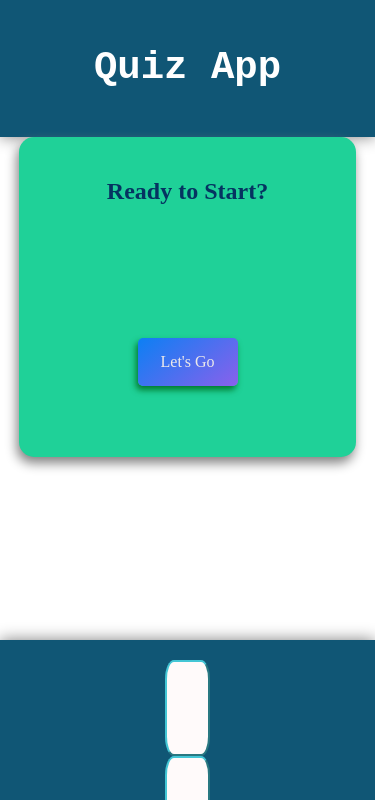
Repository: tpic12/quiz_app
Page: index.html
These files come from the project's save history. The page is drawn as it stood at one moment and after the next save; the edit follows.
The browser window is 375 px wide. The pictures show the whole page.

Above is the page before, as saved 2019-12-28 15:12:27.

After the next save:
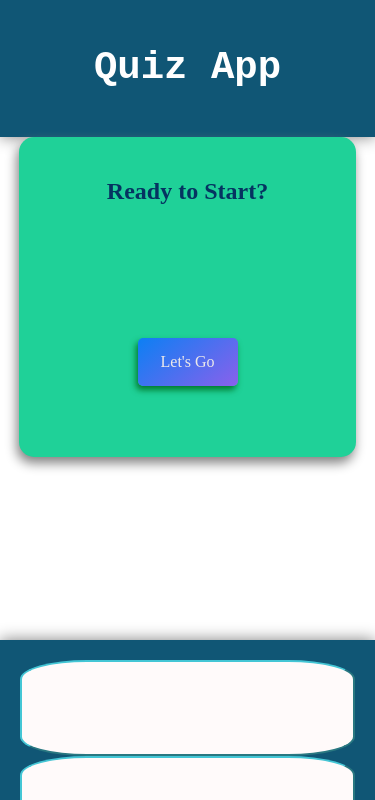
Saved 22 s later.
--- a/app.css
+++ b/app.css
@@ -162,4 +162,8 @@ h1 {
   .counts {
     flex-direction: column;
   }
+
+  .count {
+    width: 100%;
+  }
 }
